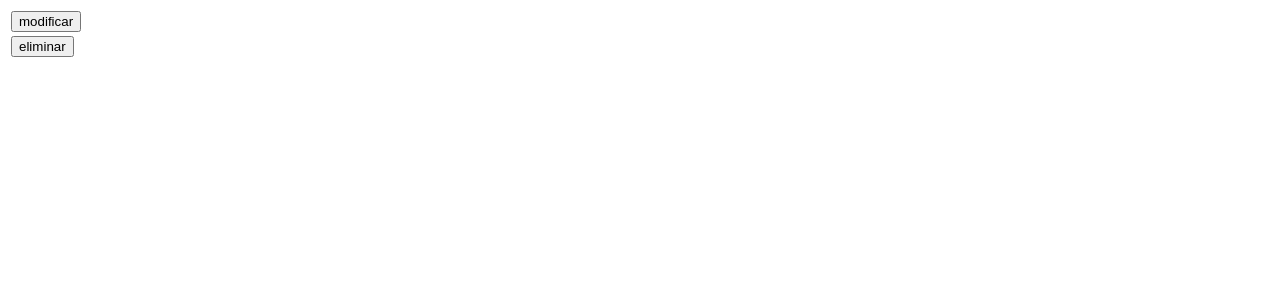
Repository: sergipc88/dev
Page: http://localhost/z.struts.hospital/modificacion.jsp
These files come from the project's save history. The page is drawn as it stood at one moment and after the next save; the edit follows.
The browser window is 1280 px wide. The pictures show the whole page.
The page is served by Tomcat 9.

Above is the page before, as saved 2018-05-09 17:10:50.

After the next save:
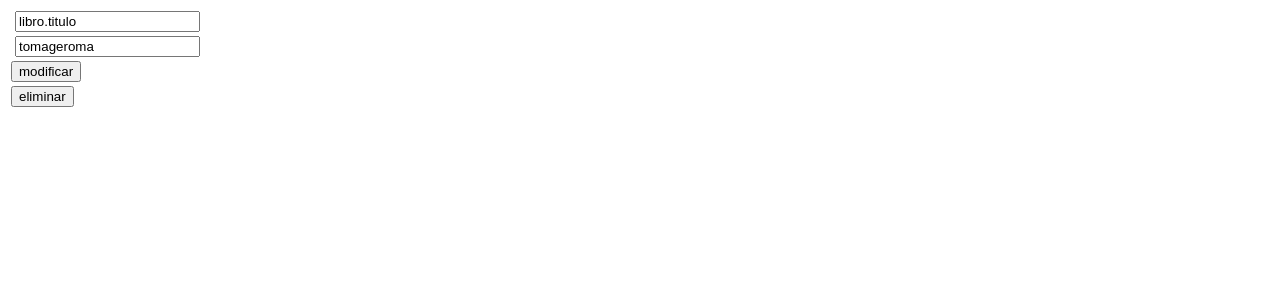
Saved 43 s later.
--- a/z.struts.hospital/WebContent/modificacion.jsp
+++ b/z.struts.hospital/WebContent/modificacion.jsp
@@ -31,10 +31,8 @@
 	</form> -->
 
 	<s:form method="post">
-	<s:iterator value="libro">
 	<s:textfield  name="libro.titulo" value="libro.titulo" />
 	<s:textfield  name="libro.precio" value="tomageroma" />
-	</s:iterator>
 	<s:submit action="modificar" value="modificar"  />
 	<s:submit action="eliminar" value="eliminar"  />
 
